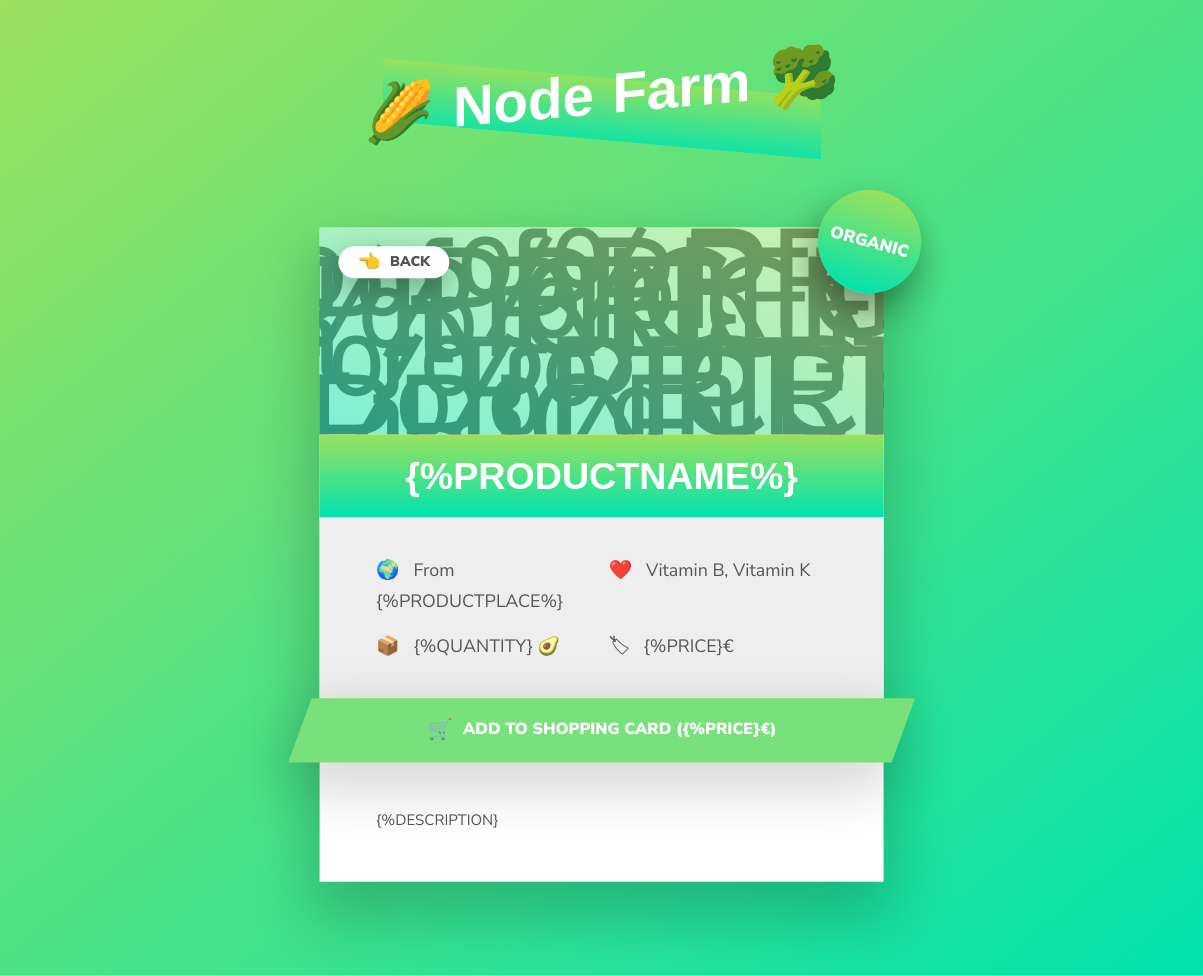
Repository: 13-Joban/Node_Farm_Backend
Page: templates/product.html
The author's editor kept a copy of each file at every save. The page is drawn from the files as they stood at one save, then again after a run of saves.
The browser window is 1280 px wide. The pictures show the whole page, at 94% of full size.
Some web fonts or font styles are not loaded; a fallback is used.

Above is the page before, as saved 2022-07-16 17:31:25.

### templates/product.html
<!DOCTYPE html>
<html lang="en">
  <head>
    <meta charset="UTF-8" />
    <meta name="viewport" content="width=device-width, initial-scale=1.0" />
    <meta http-equiv="X-UA-Compatible" content="ie=edge" />

    <link
      href="https://fonts.googleapis.com/css?family=Megrim|Nunito+Sans:400,900"
      rel="stylesheet"
    />
    <link
      rel="icon"
      href="https://emojipedia-us.s3.dualstack.us-west-1.amazonaws.com/thumbs/240/apple/155/ear-of-maize_1f33d.png"
    />

    <title>Fresh Avocados 🥑 /// NODE FARM</title>

    <style>
      *,
      *::before,
      *::after {
        margin: 0;
        padding: 0;
        box-sizing: inherit;
      }

      html {
        font-size: 62.5%;
        box-sizing: border-box;
      }

      body {
        padding: 5rem 5rem 10rem;
        line-height: 1.7;
        font-family: 'Nunito Sans', sans-serif;
        color: #555;
        min-height: 100vh;
        background: linear-gradient(to bottom right, #9be15d, #00e3ae);
      }

      h1 {
        font-family: 'Megrim', sans-serif;
        font-size: 6rem;
        color: white;
        transform: skewY(-5deg);
        text-align: center;
        position: relative;
        word-spacing: 3px;
      }

      h1::before {
        content: '';
        display: block;
        height: 65%;
        width: 49%;
        position: absolute;
        top: 105%;
        left: 50%;
        background: linear-gradient(to bottom, #9be15d, #00e3ae);
        opacity: 0.8;
        z-index: -1;
        transform: skewY(370deg) translate(-50%, -50%);
      }

      .container {
        width: 95rem;
        margin: 0 auto;
      }

      .product {
        width: 60rem;
        margin: 0 auto;
        margin-top: 9rem;
        background: white;
        box-shadow: 0 3rem 6rem 1rem rgba(0, 0, 0, 0.2);
        position: relative;
      }

      .product__hero {
        position: relative;
        height: 22rem;
        overflow: hidden;
      }

      .product__hero::before {
        content: '';
        display: block;
        height: 100%;
        width: 100%;
        position: absolute;
        top: 0;
        left: 0;
        background-image: linear-gradient(to left bottom, #9be15d, #00e3ae);
        opacity: 0.5;
        z-index: 100;
      }

      .product__emoji {
        font-size: 15rem;
        position: absolute;
      }

      .product__emoji--1 {
        top: -4rem;
        left: -2rem;
        z-index: 10;
      }

      .product__emoji--2 {
        top: -6rem;
        left: 9rem;
      }

      .product__emoji--3 {
        top: -4rem;
        right: 15rem;
      }

      .product__emoji--4 {
        top: -5rem;
        right: 2rem;
        z-index: 10;
      }

      .product__emoji--5 {
        bottom: -9rem;
        left: 18rem;
      }

      .product__emoji--6 {
        bottom: -8rem;
        left: 5rem;
      }

      .product__emoji--7 {
        bottom: -12rem;
        right: 14rem;
      }

      .product__emoji--8 {
        bottom: -8rem;
        right: -2rem;
      }

      .product__emoji--9 {
        top: -7rem;
        left: 19rem;
      }

      .product__organic {
        position: absolute;
        top: -4rem;
        right: -4rem;
        z-index: 1000;
        height: 11rem;
        width: 11rem;
        background-image: linear-gradient(to bottom, #9be15d, #00e3ae);
        border-radius: 50%;
        transform: rotate(15deg);
        box-shadow: 0 2rem 4rem rgba(0, 0, 0, 0.4);
        display: flex;
        align-items: center;
        justify-content: center;
      }

      .product__organic h5 {
        font-weight: 900;
        text-transform: uppercase;
        font-size: 1.8rem;
        color: white;
      }

      .product__back:link,
      .product__back:visited {
        position: absolute;
        top: 2rem;
        left: 2rem;
        font-size: 1.5rem;
        font-weight: 700;
        text-transform: uppercase;
        text-decoration: none;
        z-index: 1000;
        color: #555;
        background-color: white;
        box-shadow: 0 1rem 3rem rgba(0, 0, 0, 0.3);
        border-radius: 100rem;
        padding: 0 2rem;
        transition: all 0.3s;
        display: flex;
        align-items: center;
      }

      .product__back:hover,
      .product__back:active {
        background-color: #79e17b;
      }

      .product__name {
        background: linear-gradient(to bottom, #9be15d, #00e3ae);
        padding: 1rem;
        font-family: 'Megrim', sans-serif;
        font-size: 4rem;
        color: white;
        text-align: center;
        word-spacing: 2px;
      }

      .product__details {
        background-color: #eee;
        padding: 4rem 6rem;
        font-size: 1.9rem;
        display: grid;
        grid-template-columns: 1fr 1fr;
        grid-gap: 1.5rem;
      }

      .product__description {
        padding: 5rem 6rem;
        font-size: 1.6rem;
        line-height: 1.8;
      }

      .product__link:link,
      .product__link:visited {
        display: block;
        background-color: #79e17b;
        color: white;
        font-size: 1.6rem;
        font-weight: 700;
        text-transform: uppercase;
        text-decoration: none;
        padding: 1.5rem;
        text-align: center;
        transform: scale(1.07) skewX(-20deg);
        box-shadow: 0 2rem 6rem rgba(0, 0, 0, 0.2);
        display: flex;
        align-items: center;
        justify-content: center;
        transition: all 0.3s;
      }

      .product__link:hover,
      .product__link:active {
        background-color: #9be15d;
        transform: scale(1.1) skewX(-20deg);
      }

      .product__link span {
        transform: skewX(20deg);
      }

      .emoji-left {
        font-size: 2rem;
        margin-right: 1rem;
      }

      .emoji-right {
        font-size: 2rem;
        margin-left: 1rem;
      }

      .not-organic {
        display: none;
      }
    </style>
  </head>

  <body>
    <div class="container">
      <h1>🌽 Node Farm 🥦</h1>

      <figure class="product">
        <div class="product__organic"><h5>Organic</h5></div>
        <a href="#" class="product__back">
          <span class="emoji-left">👈</span>Back
        </a>
        <div class="product__hero">
          <span class="product__emoji product__emoji--1">{%PRICE}</span>
          <span class="product__emoji product__emoji--2">{%PRICE}</span>
          <span class="product__emoji product__emoji--3">{%PRICE}</span>
          <span class="product__emoji product__emoji--4">{%PRICE}</span>
          <span class="product__emoji product__emoji--5">{%PRICE}</span>
          <span class="product__emoji product__emoji--6">{%PRICE}</span>
          <span class="product__emoji product__emoji--7">{%PRICE}</span>
          <span class="product__emoji product__emoji--8">{%PRICE}</span>
          <span class="product__emoji product__emoji--9">{%PRICE}</span>
        </div>
        <h2 class="product__name">{%PRODUCTNAME%}</h2>
        <div class="product__details">
          <p><span class="emoji-left">🌍</span> From {%PRODUCTPLACE%}</p>
          <p><span class="emoji-left">❤️</span> Vitamin B, Vitamin K</p>
          <p><span class="emoji-left">📦</span> {%QUANTITY} 🥑</p>
          <p><span class="emoji-left">🏷</span> {%PRICE}€</p>
        </div>

        <a href="#" class="product__link">
          <span class="emoji-left">🛒</span>
          <span>Add to shopping card ({%PRICE}€)</span>
        </a>

        <p class="product__description">
          {%DESCRIPTION}
        </p>
      </figure>

    </div>
  </body>
</html>

After the next 2 saves:
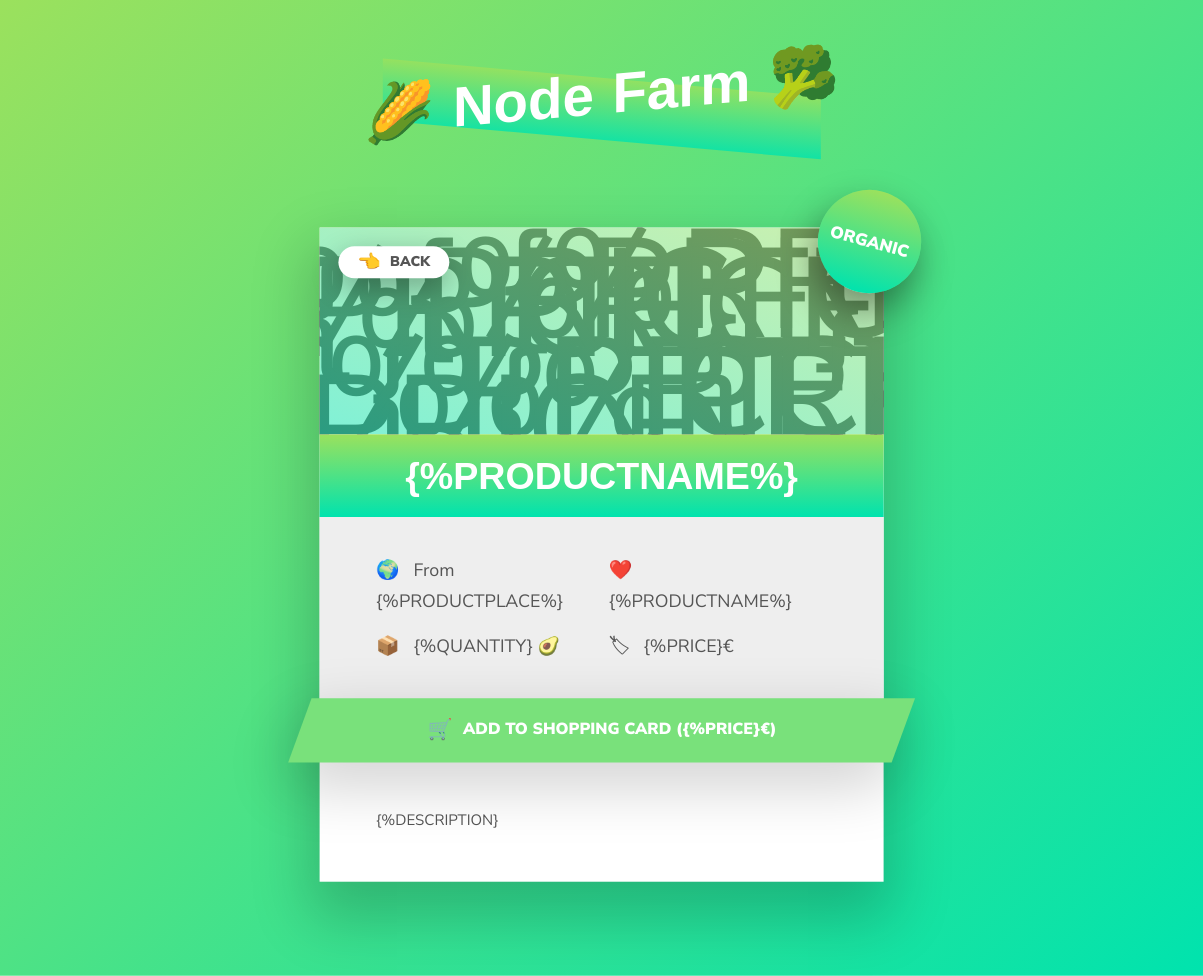
The 2 saves are shown as one change because they came seconds apart.
The last was saved 7 s later.
--- a/templates/product.html
+++ b/templates/product.html
@@ -289,7 +289,7 @@
         <h2 class="product__name">{%PRODUCTNAME%}</h2>
         <div class="product__details">
           <p><span class="emoji-left">🌍</span> From {%PRODUCTPLACE%}</p>
-          <p><span class="emoji-left">❤️</span> Vitamin B, Vitamin K</p>
+          <p><span class="emoji-left">❤️</span> {%PRODUCTNAME%}</p>
           <p><span class="emoji-left">📦</span> {%QUANTITY} 🥑</p>
           <p><span class="emoji-left">🏷</span> {%PRICE}€</p>
         </div>
